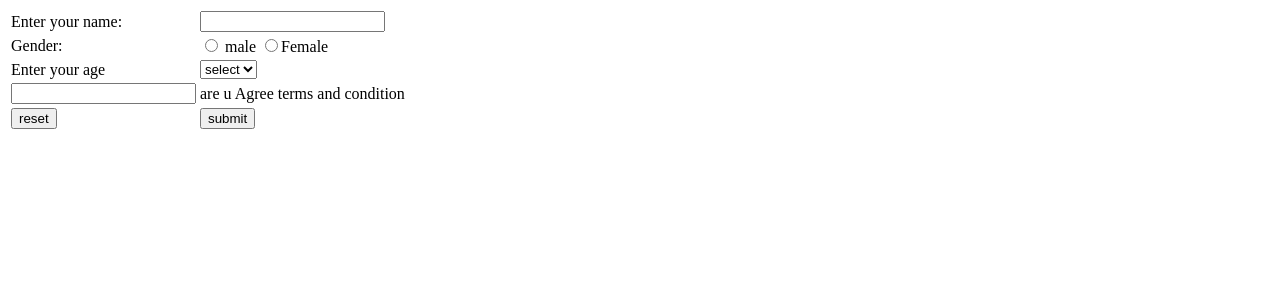
Repository: nishigandhamangle/gitDemo
Page: java/Servlet/ServletFormValidation/WebContent/WEB-INF/index.html
The author's editor kept a copy of each file at every save. The page is drawn from the files as they stood at one save, then again after the next save.
The browser window is 1280 px wide. The pictures show the whole page.

Above is the page before, as saved 2019-11-14 11:10:30.

### java/Servlet/ServletFormValidation/WebContent/WEB-INF/index.html
<!DOCTYPE html>
<html>
<head>
<meta charset="ISO-8859-1">
<title>Insert title here</title>
<script type="txt/javascript">
function validation()
{
if(document.contact_form.contact-name.value==" ")
{
alert("should not be empty");
return false;
}
if(document.contact_form.gender[0].checked==false && document.contact_form.genter[1].checked==false)
{
alert("please select your gender");
return false;
if(document.contact_form.age.selectedIndex==0)
{
alert("please select enter your age");
return false;
}
if(document.contact_form.check==false)
{
alert("yoy need to agree terms & condition");
return false;
}
}</script>
</head>
<body>
<form name=-"contact_form" action="welcome.html" method="post" onsubmit="return validation">
<table>
<tr>
<td>Enter your name:</td>
<td><input type="text" name="contact-name"><td>
</tr>
<tr>
<td>Gender:</td>
<td>
<input type="radio" name="gender">
male
<input type="radio" name="gender">Female</td></tr>
<tr>
<td>Enter your age</td>
<td>
<select name="age">
<option value="select" selected="selected">select</option>
<option value="0-10">0-10</option>
<option value="11-20">11-20</option>
<option value="21-30">21-30</option>
<option value="31-40">31-40</option>
<option value="40-50">40-50</option>
</select>
</td>
</tr>
<tr>
<td>
<input type="checkbok" name="check">
</td>
<td>are u Agree terms and condition</td>
</tr><tr>
<td><input type="reset" value="reset" ></td>
<td><input type="submit" value="submit">
</td></tr></table>
</form>
</body>
</html>

After the next save:
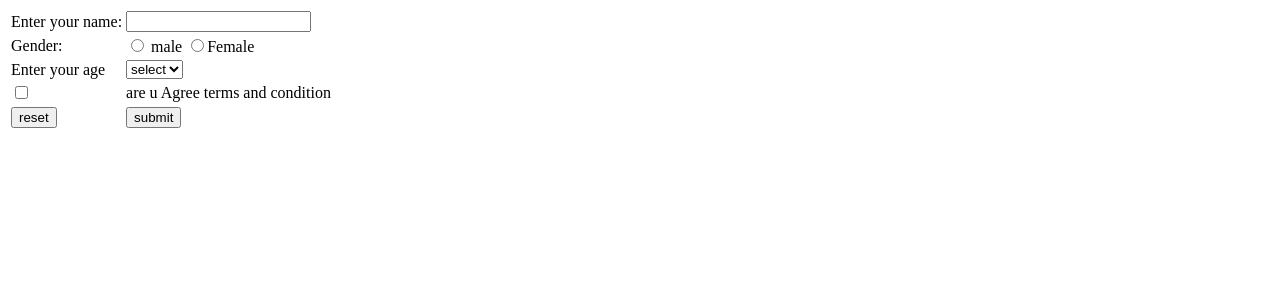
Saved 26 s later.
--- a/java/Servlet/ServletFormValidation/WebContent/WEB-INF/index.html
+++ b/java/Servlet/ServletFormValidation/WebContent/WEB-INF/index.html
@@ -55,7 +55,7 @@ male
 </tr>
 <tr>
 <td>
-<input type="checkbok" name="check">
+<input type="checkbox" name="check">
 </td>
 <td>are u Agree terms and condition</td>
 </tr><tr>
